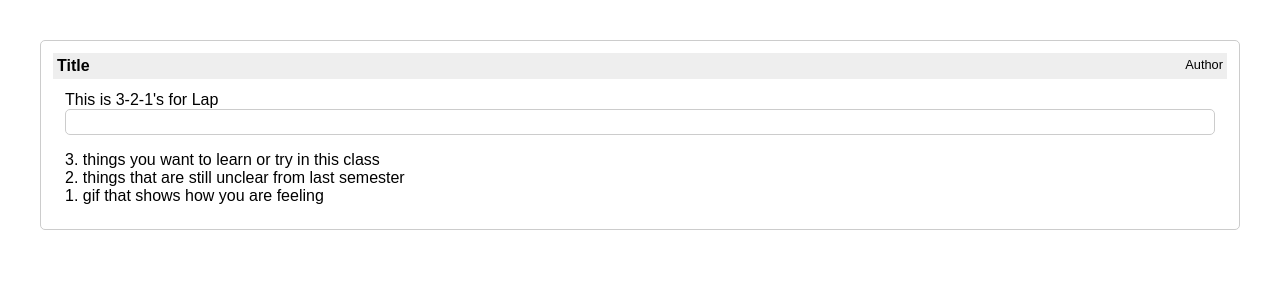
Repository: HyunJunggggg/MDIA2109
Page: index.html
These files come from the project's save history. The page is drawn as it stood at one moment and after the next save; the edit follows.
The browser window is 1280 px wide. The pictures show the whole page.

Above is the page before, as saved 2025-01-23 15:46:47.

After the next save:
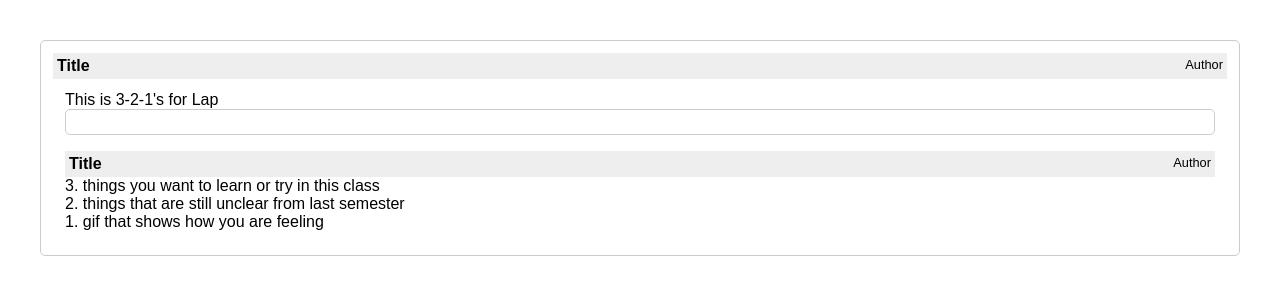
Saved 42 s later.
--- a/index.html
+++ b/index.html
@@ -20,6 +20,10 @@
                     This is 3-2-1's for Lap
 
                     <div class="container"></div>
+                    <header class="container__header">
+                        <div class="container__title">Title</div>
+                        <div class="container__contextual--info">Author</div>
+                    </header>
                     <ul>
                         <li>
                             3. things you want to learn or try in this class
